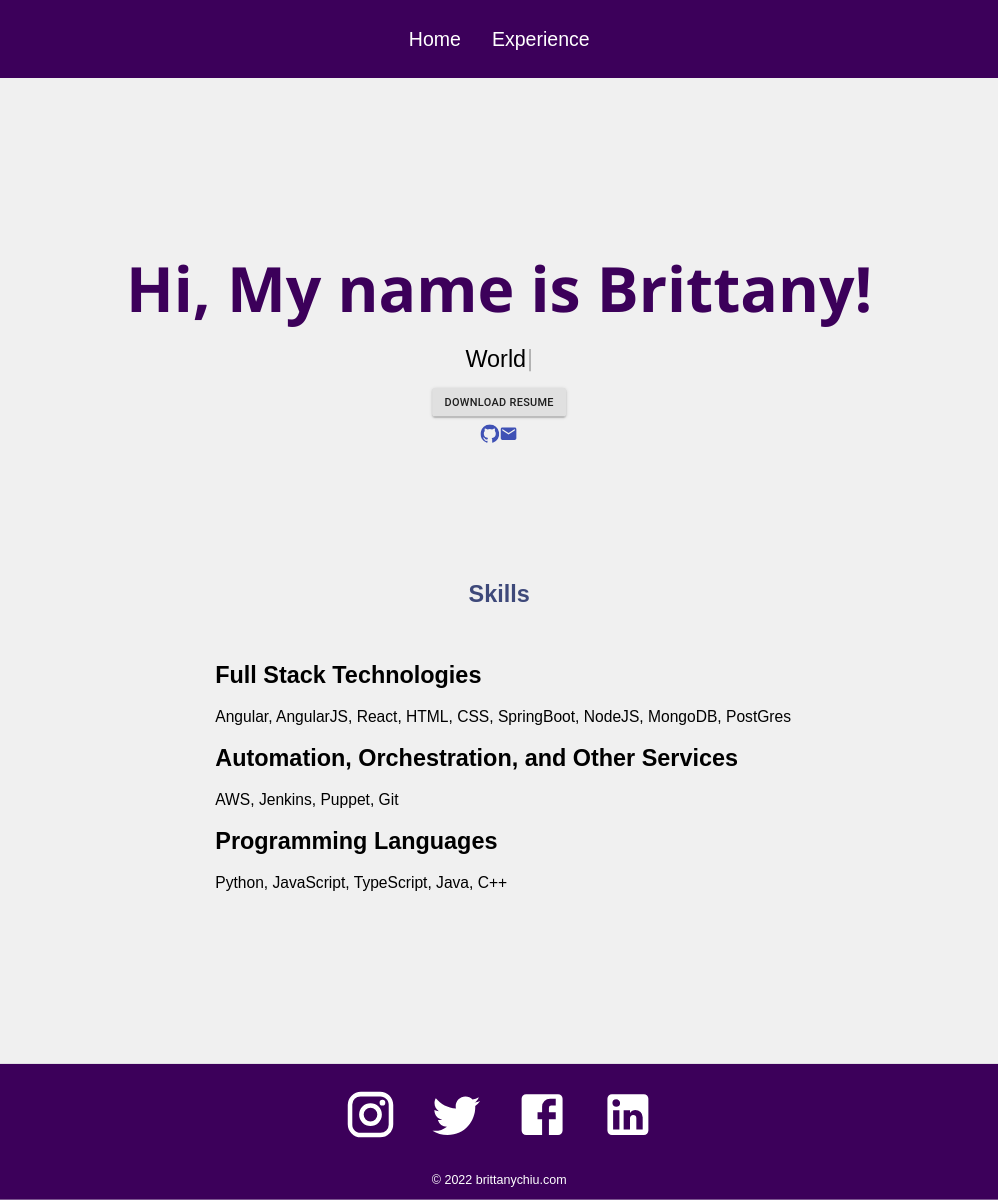
Repository: chiubacca94/chiufolio
Page: /
The author's editor kept a copy of each file at every save. The page is drawn from the files as they stood at one save, then again after the next save.
The browser window is 1280 px wide. The pictures show the whole page, at 78% of full size.
The project was rebuilt for these pictures with package versions that can differ from the ones it lists, and the page was loaded fresh each time. Also part of the build but not shown: src/components/Projects/Projects.js, src/components/Experiences/Experiences.css, src/components/Experiences/Experiences.js.

Above is the page before, as saved 2022-07-04 23:03:52.

After the next save:
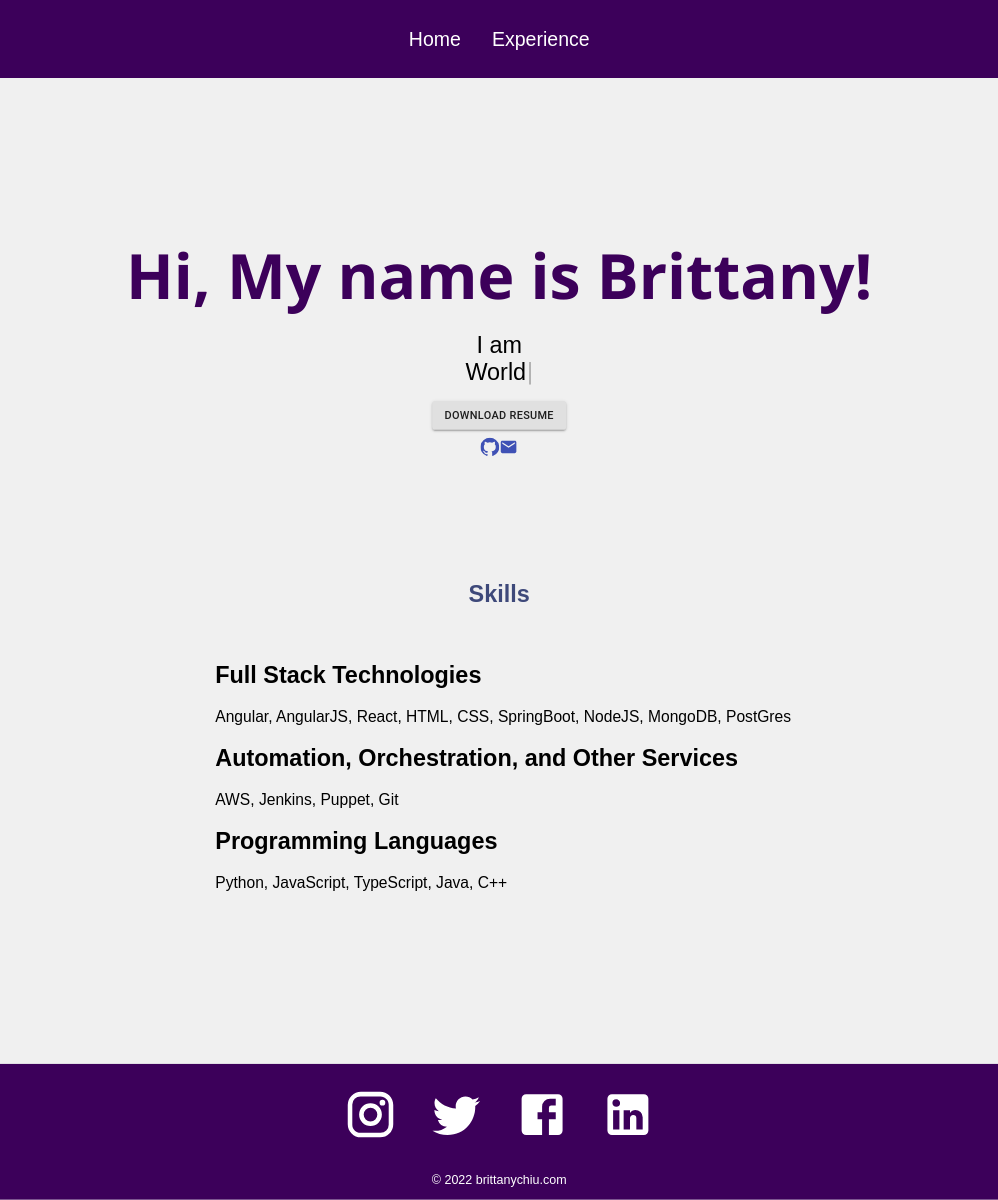
Saved 17 s later.
--- a/src/components/Home/Home.js
+++ b/src/components/Home/Home.js
@@ -11,7 +11,7 @@ export default function Home() {
     <div className='home'>
         <section className='about'>
             <h2>Hi, My name is Brittany!</h2>
-            <div className='prompt'>
+            <div className='prompt'> I am
             <Typewriter
                 options={{
                     strings: ['Hello', 'World'],
